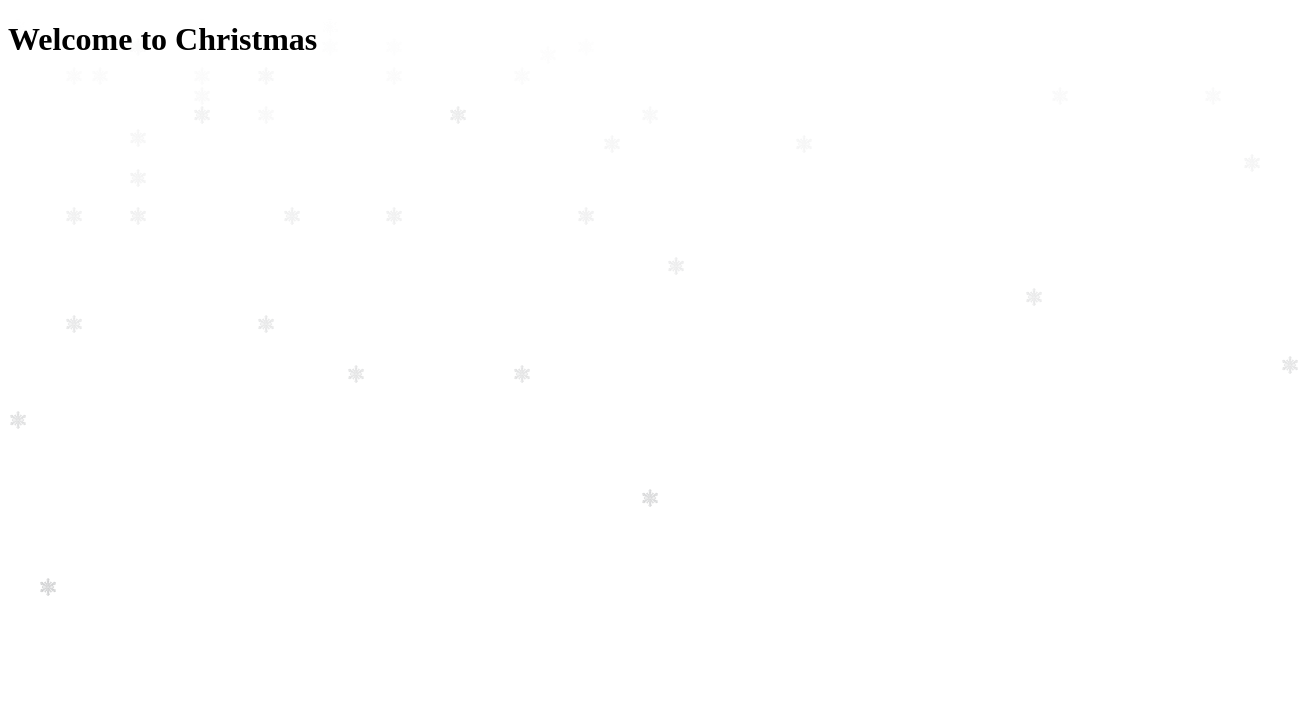
Repository: cerebrium/christmasTown
Page: / (app in client/)
These files come from the project's save history. The page is drawn as it stood at one moment and after the next save; the edit follows.
The browser window is 1280 px wide. The page is 1300 px wide, so the pictures cover 1300 px, including what lies to the right of the window. The pictures show the whole page.
The project was rebuilt for these pictures with package versions that can differ from the ones it lists, and the page was loaded fresh each time.

Above is the page before, as saved 2019-12-02 13:21:07.

After the next save:
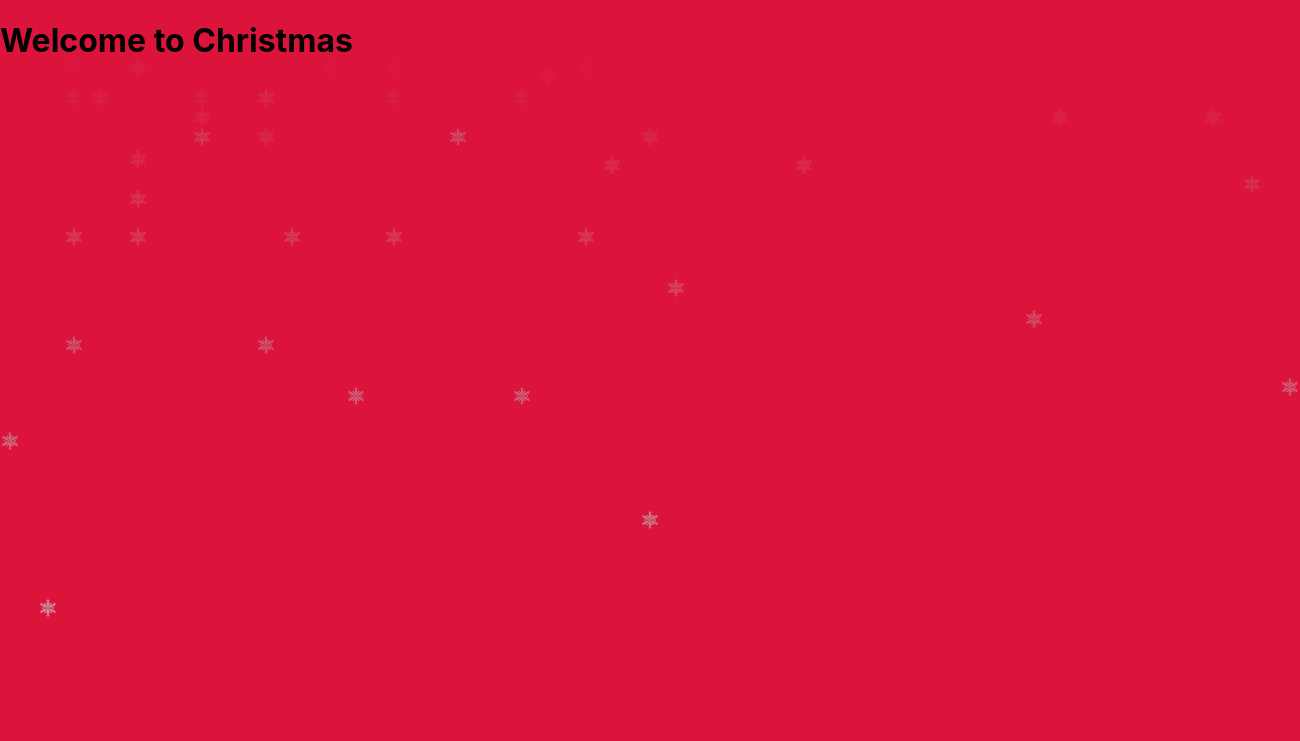
Saved 102 s later.
--- a/client/public/index.html
+++ b/client/public/index.html
@@ -13,7 +13,7 @@
     <link rel="manifest" href="%PUBLIC_URL%/manifest.json" />
     <title>React App</title>
   </head>
-  <body>
+  <body class='mainBody'>
     <noscript>You need to enable JavaScript to run this app.</noscript>
     <div id="root"></div>
     <img src="snowflake.png", class="snowflake1 visi", alt="snowflake">
